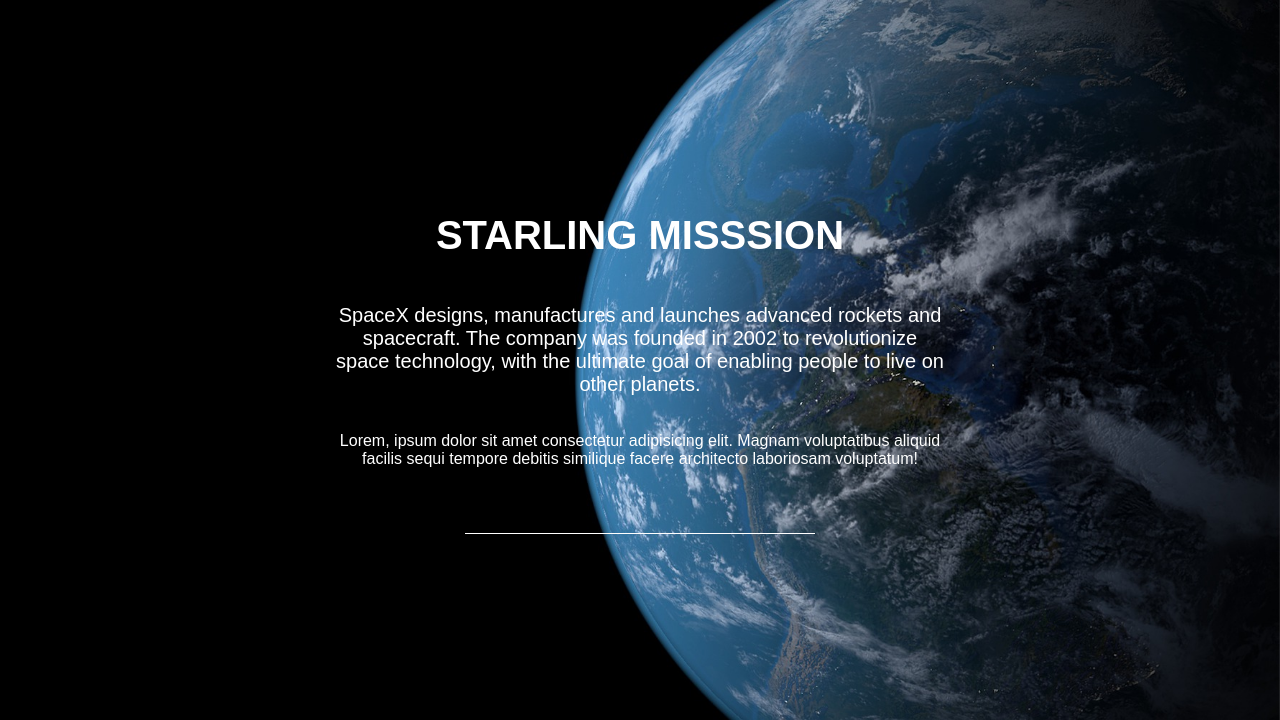
Repository: PJasiczek/vue-shop
Page: /
These files come from the project's save history. The page is drawn as it stood at one moment and after a run of saves; the edit follows.
The browser window is 1280 px wide. The pictures show the whole page.
Some web fonts or font styles are not loaded; a fallback is used. The project was rebuilt for these pictures with package versions that can differ from the ones it lists, and the page was loaded fresh each time.

Above is the page before, as saved 2020-04-06 17:24:16.

After the next 2 saves:
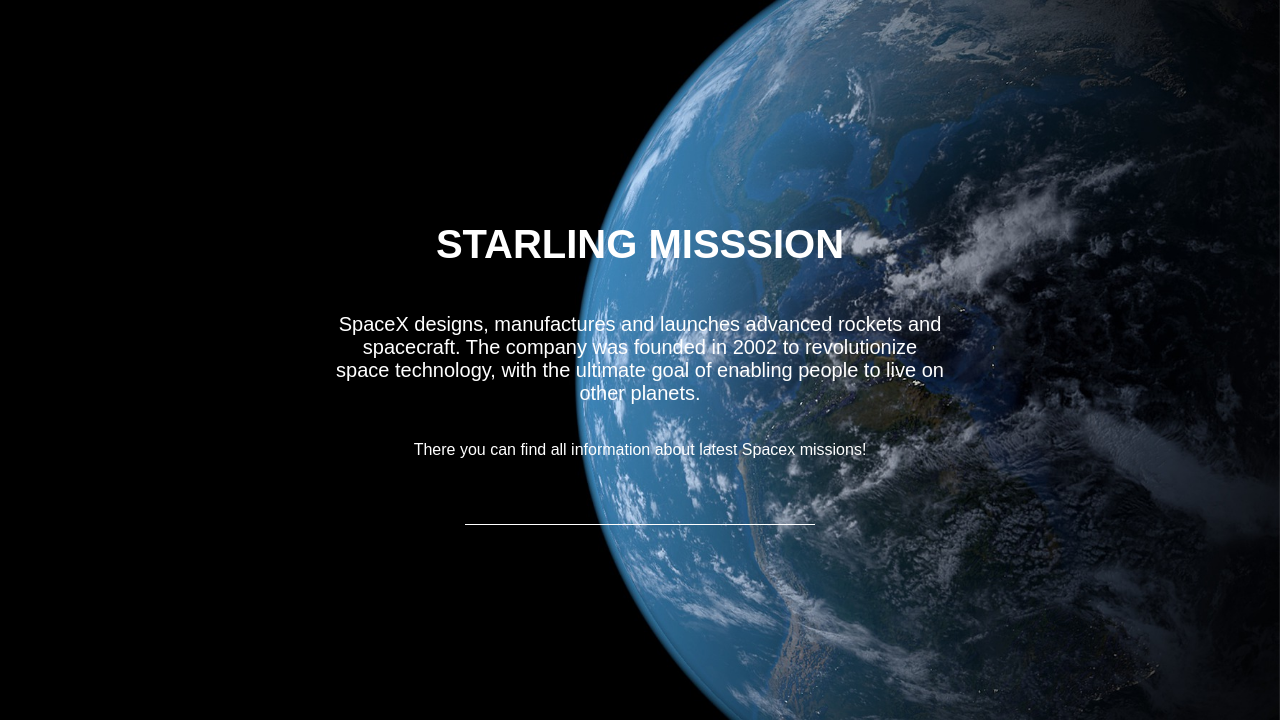
The 2 saves are shown as one change because they came seconds apart.
The last was saved 44 s later.
--- a/src/components/Claim.vue
+++ b/src/components/Claim.vue
@@ -2,7 +2,7 @@
   <div class="claimWrapper">
       <h1 class="claim">STARLING MISSSION</h1>
       <p class="subclaim">SpaceX designs, manufactures and launches advanced rockets and spacecraft. The company was founded in 2002 to revolutionize space technology, with the ultimate goal of enabling people to live on other planets.</p>
-      <p class="subclaim">Lorem, ipsum dolor sit amet consectetur adipisicing elit. Magnam voluptatibus aliquid facilis sequi tempore debitis similique facere architecto laboriosam voluptatum!</p>
+      <p class="subclaim">There you can find all information about latest Spacex missions!</p>
   </div>
 </template>
 
